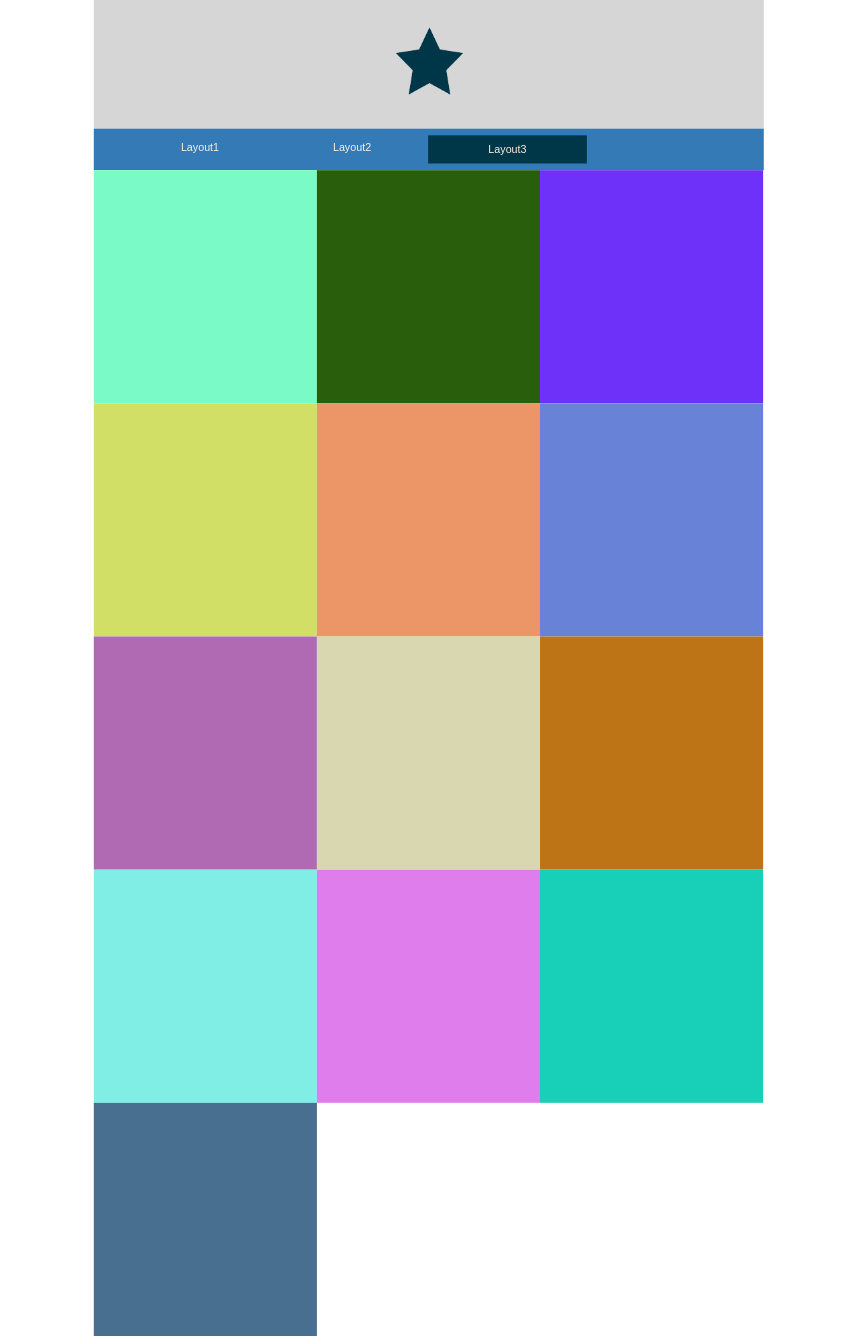
Repository: baliayassin/MyGame
Page: Documents/Aptana Studio 3 Workspace/homeWork2/layOut3.html
The author's editor kept a copy of each file at every save. The page is drawn from the files as they stood at one save, then again after the next save.
The browser window is 1280 px wide. The pictures show the whole page, at 67% of full size.

Above is the page before, as saved 2017-12-13 09:19:47.

After the next save:
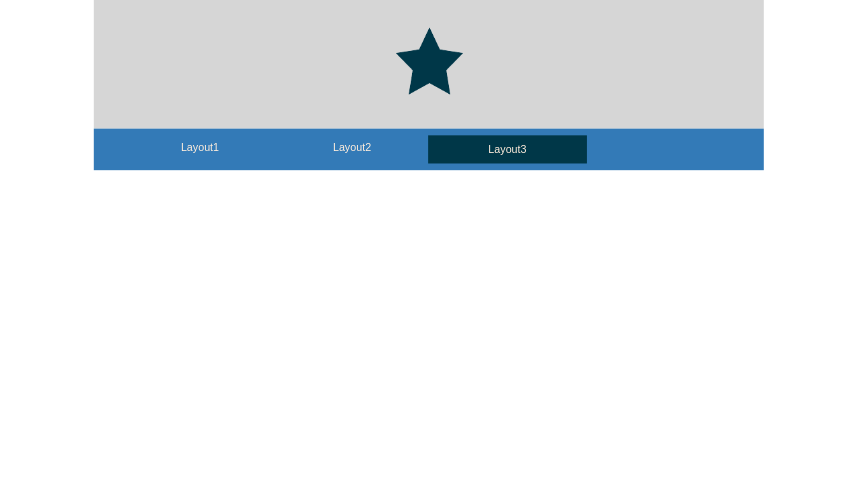
Console error: SyntaxError: Unexpected token '['
Saved 3 min 17 s later.
--- a/Documents/Aptana Studio 3 Workspace/homeWork2/includes/main.js
+++ b/Documents/Aptana Studio 3 Workspace/homeWork2/includes/main.js
@@ -1,19 +1,20 @@
 
-
+var articleObjects[13];
 (function articles(){
 
 	var mainPTR = document.getElementById('boxes');
 
 			for(i=0;i<13;i++){
-			     var  artObj=document.createElement('article');
-			     artObj.className="square";
-			     artObj.style.background='#'+(0x1000000+(Math.random())*0xffffff).toString(16).substr(1,6);
-                 artObj.style.width = "333px";
-                 artObj.style.height = "348px";
-                 artObj.style.float = "left";
+			    // var  artObj=document.createElement('article');
+			     articleObjects[i]=document.createElement('article');
+			     articleObjects[i].className="square";
+			     articleObjects[i].style.background='#'+(0x1000000+(Math.random())*0xffffff).toString(16).substr(1,6);
+                 articleObjects[i].style.width = "333px";
+                 articleObjects[i].style.height = "348px";
+                 articleObjects[i].style.float = "left";
 
-                 document.getElementById('boxes').appendChild(artObj);
-                     artObj.addEventListener("click",addStar);
+                 document.getElementById('boxes').appendChild(articleObjects[i]);
+                     articleObjects[i].addEventListener("click",addStar);
 
 	}
 

After the save that followed:
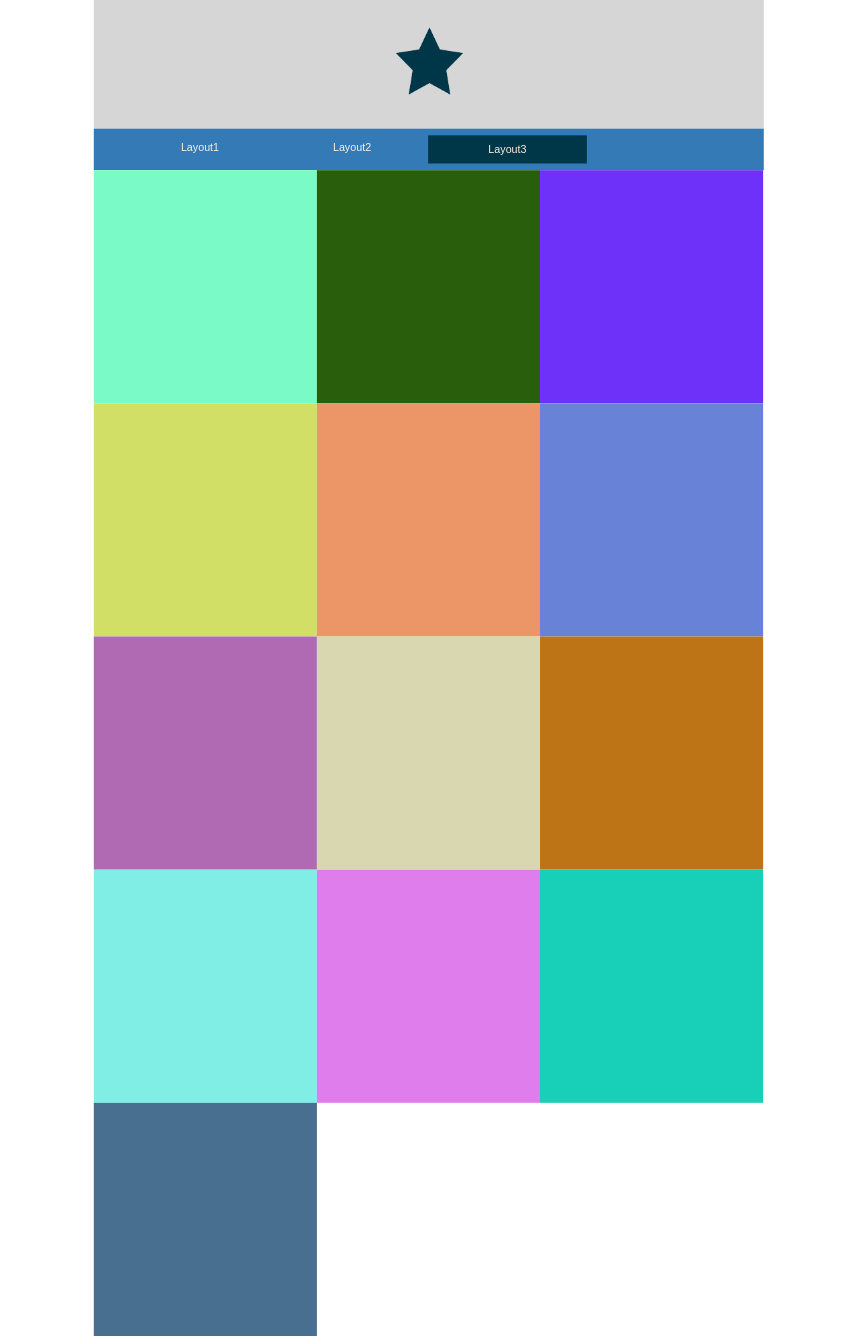
The error is gone.
Saved 2 min 48 s later.
--- a/Documents/Aptana Studio 3 Workspace/homeWork2/includes/main.js
+++ b/Documents/Aptana Studio 3 Workspace/homeWork2/includes/main.js
@@ -1,5 +1,5 @@
 
-var articleObjects[13];
+var articleObjects=[13];
 (function articles(){
 
 	var mainPTR = document.getElementById('boxes');
